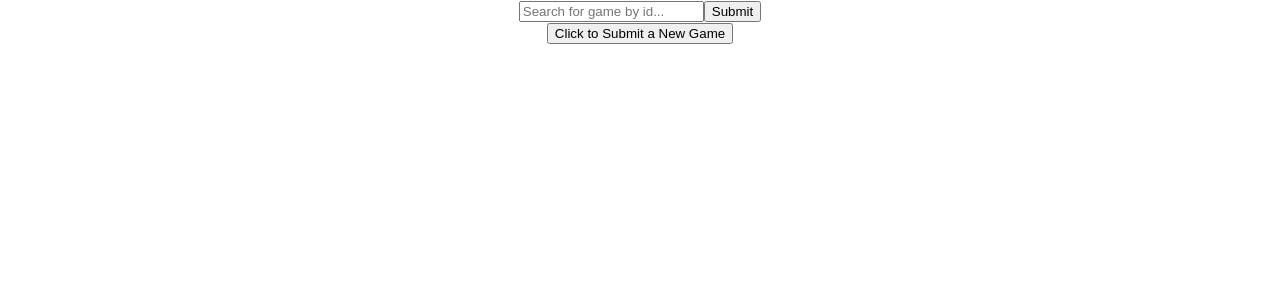
Repository: The-Software-Guild/assessment-2-react-nj10deadend
Page: / (app in Part-2/React-section/frontend/)
An editor plug-in stored every save of this project. The page is shown before and after the next save, followed by the edit.
The browser window is 1280 px wide. The pictures show the whole page.
The page's requests for data from a server got no answer. The project was rebuilt for these pictures with package versions that can differ from the ones it lists, and the page was loaded fresh each time. No one was signed in, and anything a server would have sent is missing. Also part of the build but not shown: Part-2/React-section/frontend/src/components/GameCards.js.

Above is the page before, as saved 2021-12-19 13:57:22.

### Part-2/React-section/frontend/public/index.html
<!DOCTYPE html>
<html lang="en">
  <head>
    <meta charset="utf-8" />
    <link rel="icon" href="%PUBLIC_URL%/favicon.ico" />
    <meta name="viewport" content="width=device-width, initial-scale=1" />
    <meta name="theme-color" content="#000000" />
    <meta name="viewport" content="initial-scale=1, width=device-width" />
    <meta
      name="description"
      content="Web site created using create-react-app"
    />
    <link rel="apple-touch-icon" href="%PUBLIC_URL%/logo192.png" />
    <!--
      manifest.json provides metadata used when your web app is installed on a
      user's mobile device or desktop. See https://developers.google.com/web/fundamentals/web-app-manifest/
    -->
    <link rel="manifest" href="%PUBLIC_URL%/manifest.json" />
    <!--
      Notice the use of %PUBLIC_URL% in the tags above.
      It will be replaced with the URL of the `public` folder during the build.
      Only files inside the `public` folder can be referenced from the HTML.

      Unlike "/favicon.ico" or "favicon.ico", "%PUBLIC_URL%/favicon.ico" will
      work correctly both with client-side routing and a non-root public URL.
      Learn how to configure a non-root public URL by running `npm run build`.
    -->
    <link
      rel="stylesheet"
      href="https://fonts.googleapis.com/css?family=Roboto:300,400,500,700&display=swap"
    />
    <title>React App</title>
  </head>
  <body>
    <noscript>You need to enable JavaScript to run this app.</noscript>
    <div id="root"></div>
    <!--
      This HTML file is a template.
      If you open it directly in the browser, you will see an empty page.

      You can add webfonts, meta tags, or analytics to this file.
      The build step will place the bundled scripts into the <body> tag.

      To begin the development, run `npm start` or `yarn start`.
      To create a production bundle, use `npm run build` or `yarn build`.
    -->
  </body>
</html>

### Part-2/React-section/frontend/src/index.css
body {
  margin: 0;
  font-family: -apple-system, BlinkMacSystemFont, 'Segoe UI', 'Roboto', 'Oxygen',
    'Ubuntu', 'Cantarell', 'Fira Sans', 'Droid Sans', 'Helvetica Neue',
    sans-serif;
  -webkit-font-smoothing: antialiased;
  -moz-osx-font-smoothing: grayscale;
}

code {
  font-family: source-code-pro, Menlo, Monaco, Consolas, 'Courier New',
    monospace;
}

.imgs {
  height: 250px;
  width: 250px;
}

### Part-2/React-section/frontend/src/App.js
import './App.css';
import Home from './components/Home';
import AddGameForm from './components/AddGameForm';
import GameSearch from './components/GameSearch';
import axios from 'axios';
import {useState, useEffect} from 'react';
// import Container from '@mui/material/Container';
// import Button from '@mui/material/Button';
// import Typography from '@mui/material/Typography';

function App() {

  const [gameData, setGameData] = useState([]);

  function getFetchGameServer () {
    axios.get(`http://localhost:8080/allGames`)
      .then(res => {
        setGameData(res.data)
      })

  }

  useEffect(getFetchGameServer, []);

  return (
    <div className="App">
      <GameSearch setGameData={setGameData}/>
      <AddGameForm setGameData={setGameData}/>

      <Home gameData={gameData}/>

    </div>
  );
}

export default App;

### Part-2/React-section/frontend/src/components/Home.js
import GameCards from "./GameCards";


function Home ({gameData}) {

    const renderGameData = gameData.map(eachGame => {
        console.log(eachGame._id);
        return (
            <GameCards key={eachGame._id} eachGame={eachGame} />
        )
    })
    return (
        <div>
            {renderGameData}

        </div>
    )
}

export default Home;

### Part-2/React-section/frontend/src/components/AddGameForm.js
import {useState, useEffect} from 'react';
import axios from 'axios';

function AddGameForm ({setGameData}) {

    const [clicked, setClicked] = useState(false);
    const [submitted, setSubmitted] = useState(false);
    const [name, setName] = useState("");
    const [img, setImg] = useState("");
    const [crossPlatform, setCrossPlatform] = useState(false);
    const [price, setPrice] = useState(0);
    const [genres, setGenres] = useState(["", "", ""]);
    const buttonText = clicked ? "Hide Submission Form" : "Click to Submit a New Game"

    function postRequest() {
        return axios.post('http://localhost:8080/allGames', {
            name: name,
            img: img,
            cross_platform: crossPlatform,
            price: price,
            genres: genres
        })
        .then(function (response) {
            console.log(response);
            return response.data;
        })
        .catch(function (error) {
            console.log(error);
            return null;
        });
    }

    async function onSubmit(event) {
        event.preventDefault();
        const newGame = await postRequest();
        console.log(newGame);
        setGameData((oldInfo)=> {
            console.log(oldInfo)
            return [...oldInfo, newGame]
        })
    }
    // console.log(submitted);
    // console.log(name);
    // console.log(img);
    // console.log(crossPlatform);
    // console.log(price);
    // console.log(genres);


    return (
        <div>
            <button onClick={() => {setClicked(!clicked)}}>{buttonText}</button>
            {clicked && (
                <form onSubmit={onSubmit}>
                    <div>
                        <label for="name">Name</label>
                        <br></br>
                        <input type="text" name="name" placeholder="Enter name" id="name"
                        value={name} onChange={(event) => {setName(event.target.value)}}/>
                    </div>
                    <div>
                        <label for="img">Image Url</label>
                        <br></br>
                        <input type="text" name="img" placeholder="Enter image URL" id="img"
                        value={img} onChange={(event) => {setImg(event.target.value)}}/>
                    </div>
                    <div>
                        <label for="cross platform">Cross Platform</label>
                        <br></br>
                        <input type="text" name="cross platform" placeholder="Enter true or false" id="cross_platform"
                        value={crossPlatform} onChange={(event) => {setCrossPlatform(event.target.value)}}/>
                    </div>
                    <div>
                        <label for="price">Price</label>
                        <br></br>
                        <input type="text" name="price" placeholder="Enter price of game" id="price"
                        value={price} onChange={(event) => {setPrice(event.target.value)}} />
                    </div>
                    <div>
                        <label for="genres">Genres</label>
                        <br></br>
                        <input type="text" name="genre1" placeholder="Enter first genre category" id="genre1"
                        value={genres[0]} onChange={(event) => {setGenres([event.target.value, genres[1], genres[2]])}}/>
                        <br></br>
                        <input type="text" name="genre2" placeholder="Enter second genre category" id="genre2"
                        value={genres[1]} onChange={(event) => {setGenres([genres[0], event.target.value, genres[2] ])}}/>
                        <br></br>
                        <input type="text" name="genre3" placeholder="Enter third genre category" id="genre3"
                        value={genres[2]} onChange={(event) => {setGenres([genres[0], genres[1], event.target.value])}}/>
                    </div>
                    <input type="submit" value="Submit"/>

                </form>
            )}


        </div>
    )
}

export default AddGameForm;

### Part-2/React-section/frontend/src/components/GameSearch.js
import {useState, useEffect} from 'react';
import axios from 'axios';

function GameSearch ({setGameData}) {

    const [searchId, setSearchId] = useState("");

    function getFetchOneGame () {
        axios.get(`http://localhost:8080/allGames/${searchId}`)
          .then(res => {
            setGameData([res.data])
            // console.log(res.data);
        })

    }

    // useEffect(getFetchOneGame, [])

    function onSearch(event) {
        event.preventDefault()
        getFetchOneGame();
    }

    return (
        <div>
            <form onSubmit={onSearch}>
                <input type="text" placeholder="Search for game by id..."
                onChange={(event) => {setSearchId(event.target.value)}}
                value = {searchId}
                />
                <input type="submit" value="Submit" />
            </form>

        </div>
    )
}

export default GameSearch;

Loaded but not shown: Part-2/React-section/frontend/src/index.js (common file); Part-2/React-section/frontend/src/reportWebVitals.js (common file); Part-2/React-section/frontend/src/App.css (common file)

After the next save:
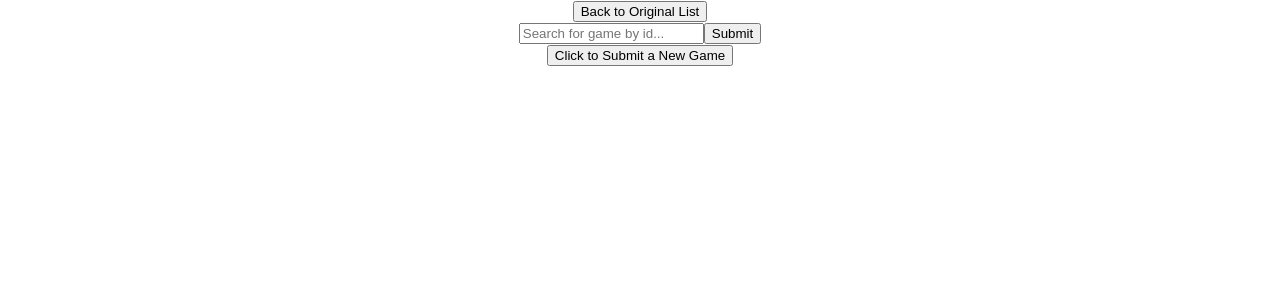
Saved 62 s later.
--- a/Part-2/React-section/frontend/src/App.js
+++ b/Part-2/React-section/frontend/src/App.js
@@ -24,6 +24,7 @@ function App() {
 
   return (
     <div className="App">
+      <button onClick={getFetchGameServer}>Back to Original List</button>
       <GameSearch setGameData={setGameData}/>
       <AddGameForm setGameData={setGameData}/>
 
